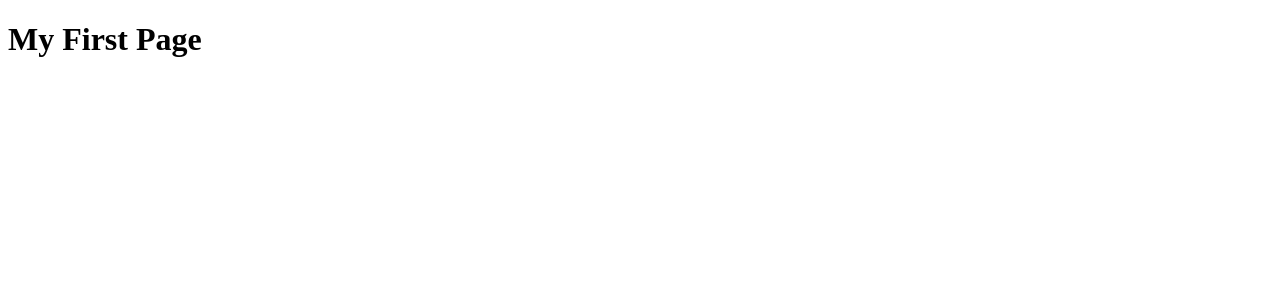
Repository: neem693/workspace
Page: studyhtml5/WebContent/ch05/practice_dom/practice_51.html
These files come from the project's save history. The page is drawn as it stood at one moment and after the next save; the edit follows.
The browser window is 1280 px wide. The pictures show the whole page.

Above is the page before, as saved 2018-03-22 07:32:44.

### studyhtml5/WebContent/ch05/practice_dom/practice_51.html
<!DOCTYPE html>
<html>
<head>
<meta charset="UTF-8">
<meta name="viewport"
	content="width=device-width,initial-scale = 1.0" />
<title>Insert title here</title>



</head>
<body>

<h1 id = "id01">My First Page</h1>
<p id = "id02"></p>



</body>
</html>

After the next save:
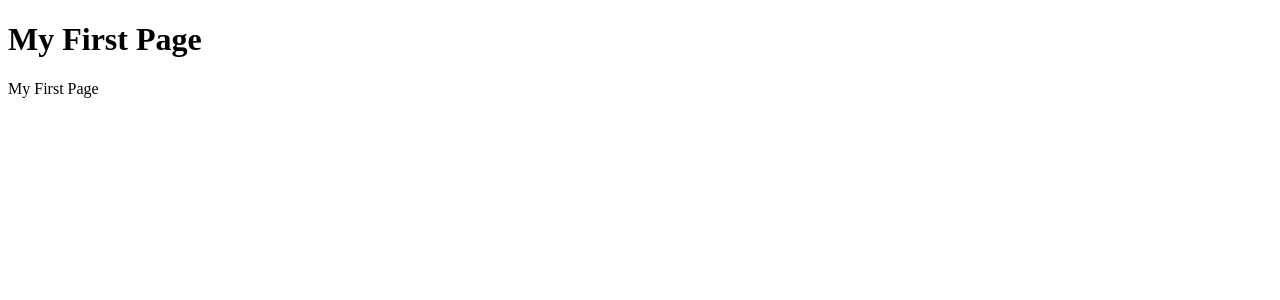
Saved 40 s later.
--- a/studyhtml5/WebContent/ch05/practice_dom/practice_51.html
+++ b/studyhtml5/WebContent/ch05/practice_dom/practice_51.html
@@ -14,6 +14,9 @@
 <h1 id = "id01">My First Page</h1>
 <p id = "id02"></p>
 
+<script>
+document.getElementById("id02").innerHTML = document.getElementById("id01").innerHTML; </script>
+
 
 
 </body>
